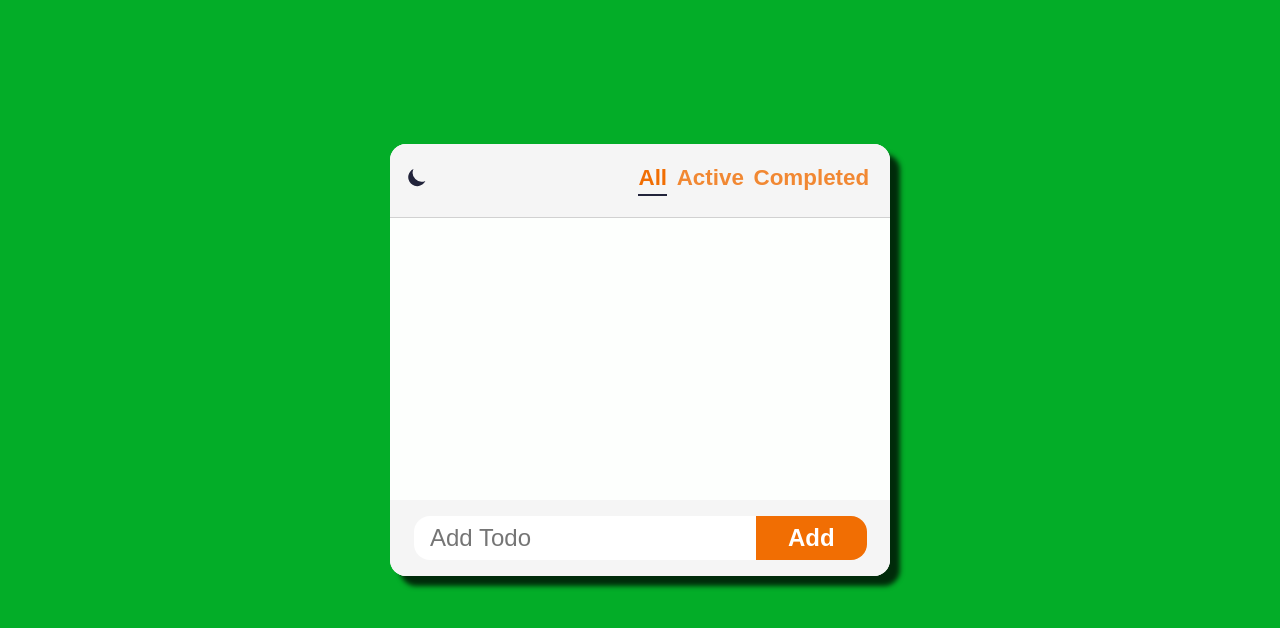
Repository: MrJinkyu/TodoList
Page: /
An editor plug-in stored every save of this project. The page is shown before and after the next save, followed by the edit.
The browser window is 1280 px wide. The pictures show the whole page.
The project was rebuilt for these pictures with package versions that can differ from the ones it lists, and the page was loaded fresh each time. Also part of the build but not shown: src/components/Todo.module.css, src/components/Todo.jsx.

Above is the page before, as saved 2023-05-01 15:56:41.

After the next save:
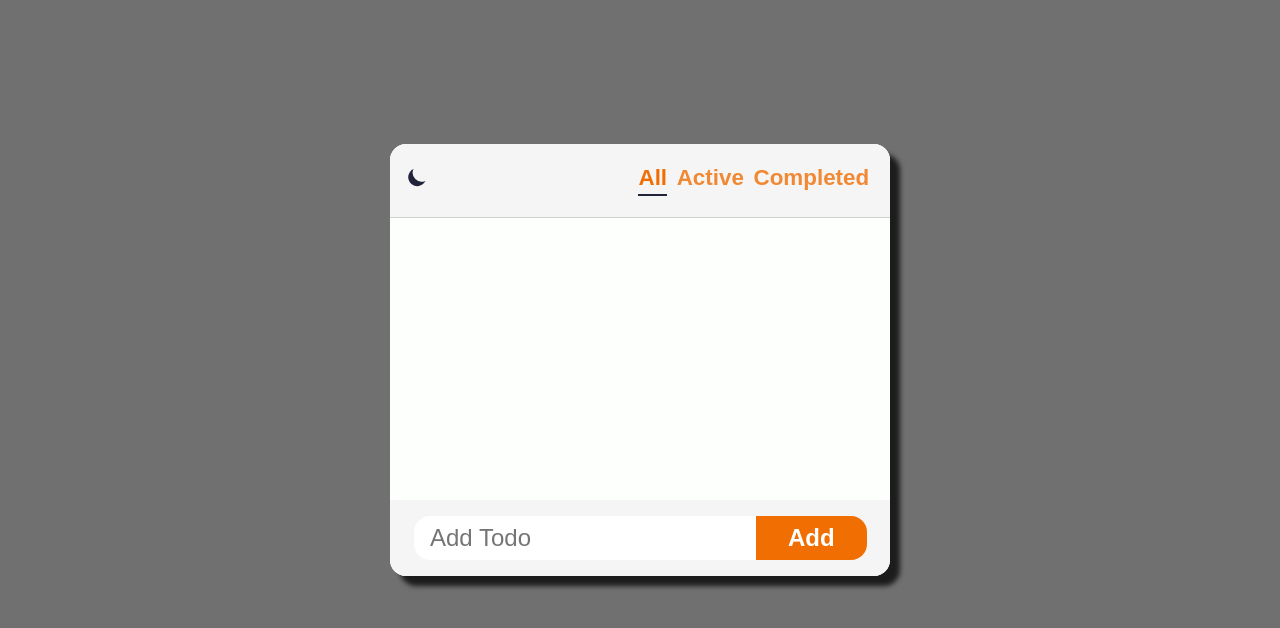
Saved 26 s later.
--- a/src/index.css
+++ b/src/index.css
@@ -1,5 +1,5 @@
 :root{
-  --color-body: #03ad28;
+  --color-body: #6f706f;
   --color-bg-dark:#f5f5f5;
   --color-bg: #fdfffd;
   --color-grey: #d1d1d1;
